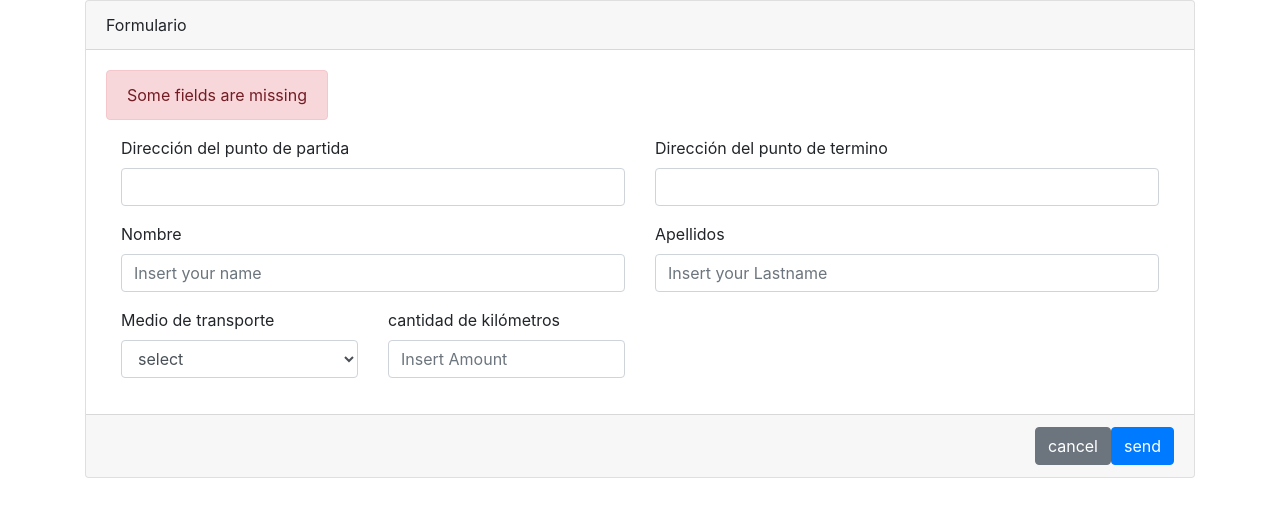
Repository: Jassan851031/foreachTask
Page: /
These files come from the project's save history. The page is drawn as it stood at one moment and after the next save; the edit follows.
The browser window is 1280 px wide. The pictures show the whole page.
The project was rebuilt for these pictures with package versions that can differ from the ones it lists, and the page was loaded fresh each time. Also part of the build but not shown: src/App.css.

Above is the page before, as saved 2020-03-23 13:38:35.

### src/index.js
import React from 'react';
import ReactDOM from 'react-dom';
import 'bootstrap/dist/css/bootstrap.min.css';
import 'font-awesome/css/font-awesome.min.css';
import './index.css';
import App from './App';
import * as serviceWorker from './serviceWorker';


 // Add js files
 import 'jquery';
 import 'popper.js';
 import 'bootstrap';

ReactDOM.render(
  <React.StrictMode>
    <App />
  </React.StrictMode>,
  document.getElementById('root')
);

// If you want your app to work offline and load faster, you can change
// unregister() to register() below. Note this comes with some pitfalls.
// Learn more about service workers: https://bit.ly/CRA-PWA
serviceWorker.unregister();

### src/App.js
import React from 'react';
import './App.css';

function App() {
  return (
    <div className="container">
      <div className="row">
        <div className="col-md-12">
          <form>
            <div className="card">
              <div className="card-header">
                Formulario
              </div>
              <div className="card-body">
                <div className="container">
                  <div className="row">
                    <div id="col-md-12">
                      <div className="alert alert-danger">
                        Some fields are missing
                      </div>
                    </div>
                  </div>
                  <div className="row">
                    <div className="col-md-6">
                      <div className="form-g roup">
                        <label className="form-label">Dirección del punto de partida</label>
                        <input type="text" id="no_card" className="form-control" />
                      </div>
                    </div>
                    <div className="col-md-6">
                      <div className="form-group">
                        <label className="form-label">Dirección del punto de termino</label>
                        <input type="text" id="key" className="form-control" />
                      </div>
                    </div>
                  </div>
                  <div className="row">
                    <div className="col-md-6">
                      <div className="form-group">
                        <label className="form-label">Nombre</label>
                        <input type="text" id="nombre" className="form-control" placeholder="Insert your name" />
                      </div>
                    </div>
                    <div className="col-md-6">
                      <div className="form-group">
                        <label className="form-label">Apellidos</label>
                        <input type="text" id="apellidos" className="form-control" placeholder="Insert your Lastname" />
                      </div>
                    </div>
                  </div>
                  <div className="row">
                    <div className="col-md-3">
                      <div className="form-group">
                        <label className="form-label">Medio de transporte</label>
                        <select id="estado" className="form-control">
                          <option value="">select</option>
                          <option value="1"> option 1</option>
                          <option value="1"> option 2</option>
                          <option value="1"> option 3</option>
                          <option value="1"> option 4</option>
                        </select>
                      </div>
                    </div>
                    <div className="col-md-3">
                      <div className="form-group">
                        <label className="form-label">cantidad de kilómetros</label>
                        <input type="text" id="postal" className="form-control" placeholder="Insert Amount" />
                      </div>
                    </div>
                  </div>
                </div>
              </div>
              <div className="card-footer text-right">
                <button className="btn btn-secondary">cancel</button>
                <button className="btn btn-primary">send</button>
              </div>
            </div>
          </form>
        </div>
      </div>
    </div>
  );
}

export default App;

Loaded but not shown: public/index.html (common file); src/index.css (common file); src/serviceWorker.js (common file)

After the next save:
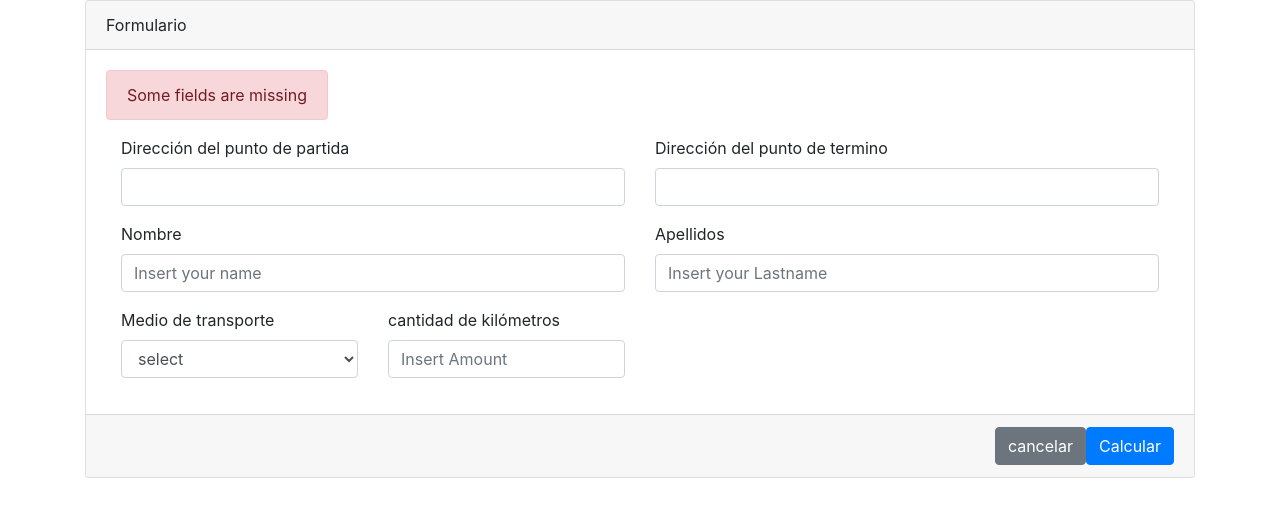
Saved 22 s later.
--- a/src/App.js
+++ b/src/App.js
@@ -71,8 +71,8 @@ function App() {
                 </div>
               </div>
               <div className="card-footer text-right">
-                <button className="btn btn-secondary">cancel</button>
-                <button className="btn btn-primary">send</button>
+                <button className="btn btn-secondary">cancelar</button>
+                <button className="btn btn-primary">Calcular</button>
               </div>
             </div>
           </form>
